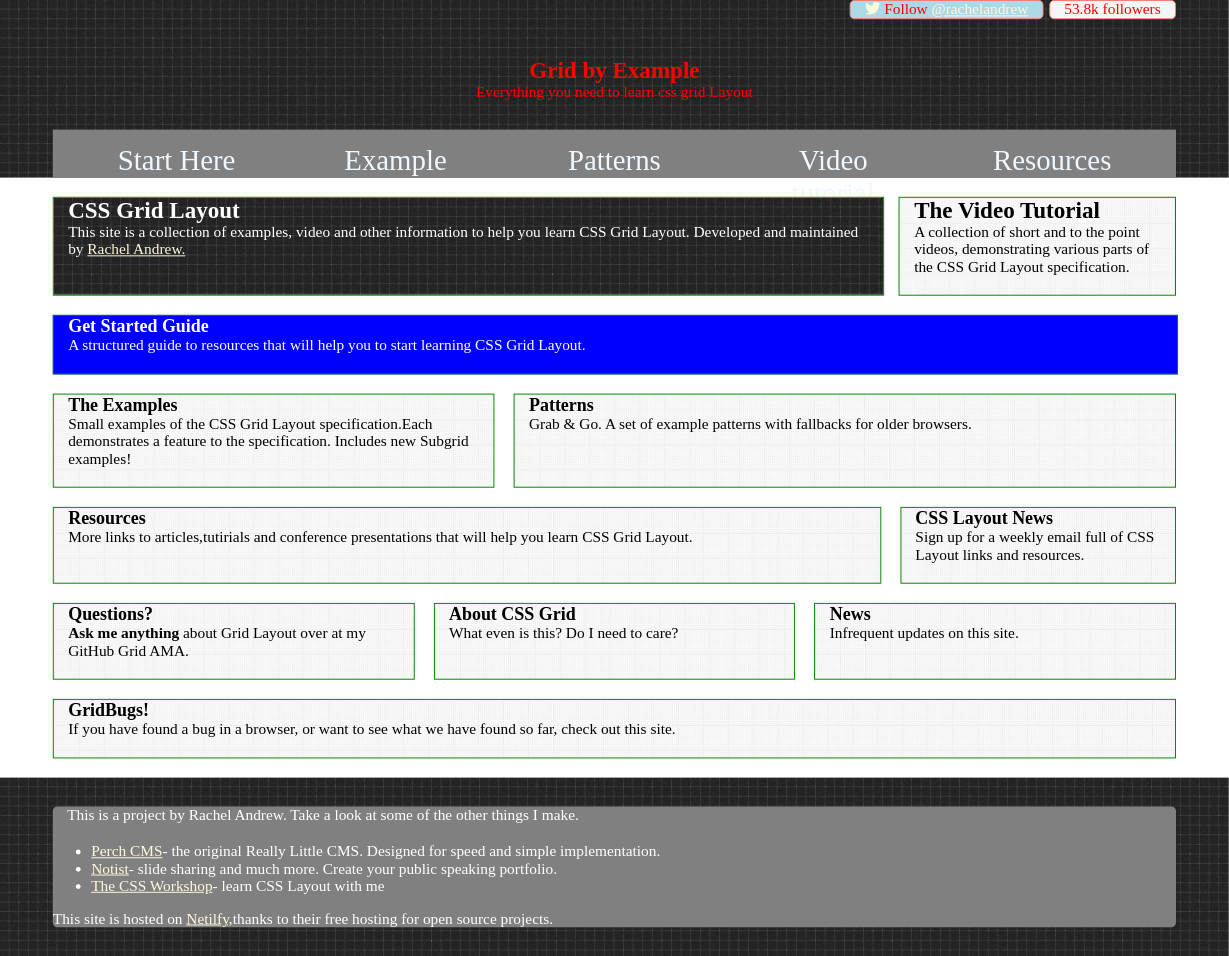
Repository: sitikhusushan/grid
Page: index.html
An editor plug-in stored every save of this project. The page is shown before and after the next save, followed by the edit.
The browser window is 1280 px wide. The pictures show the whole page, at 96% of full size.
Some web libraries are served in a nearby version.

Above is the page before, as saved 2020-05-14 00:04:13.

### index.html
<!DOCTYPE html>
<html lang="en">
  <head>
    <meta charset="UTF-8" />
    <meta name="viewport" content="width=device-width, initial-scale=1.0" />
    <title>Grid View</title>
    <link rel="stylesheet" href="style.css" />
    <script src="https://kit.fontawesome.com/a076d05399.js"></script>
  </head>
  <body>
    <header>
    <div class="header">
      <div class="container">
        <div class="balance">
          <div class="social">
          <span><p><a href="#"> <i class="fab fa-twitter"></i></a>  Follow <a href="#">@rachelandrew</a> </p></span>
          </div>
          <div class="social2">
          <span> <p> 53.8k followers</p>
          </span>
          </div>
          <div class="top">
        <h2>Grid by Example</h2>
        <p>Everything you need to learn css grid Layout</p>
        </div>
        </div>
        <ul>
          <li>Start Here</li>
          <li>Example</li>
          <li>Patterns</li>
          <li>Video tutorial</li>
          <li>Resources</li>
        </ul>
      </div>
    </div>
    </header>
    <div class="layout">
      <div class="container">
        <div class="layouts">
        <div class="left">
          <h2>CSS Grid Layout</h2>
          <p>
            This site is a collection of examples, video and other information
            to help you learn CSS Grid Layout. Developed and maintained by
            <a href="#">Rachel Andrew.</a>
          </p>
        </div>
        <div class="right">
          <h2>The Video Tutorial</h2>
          <p>
            A collection of short and to the point videos, demonstrating various
            parts of the CSS Grid Layout specification.
          </p>
        </div>
      </div>
    </div>
    </div>
    <div class="guide ">
      <div class="container">
        <div class="guides">
        <h3>Get Started Guide</h3>
        <p>
          A structured guide to resources that will help you to start learning
          CSS Grid Layout.
        </p>
      </div>
      </div>
    </div>
    <div class="new">
      <div class="container">
        <div class="news">
        <div class="left">
          <h3>The Examples</h3>
          <p>
            Small examples of the CSS Grid Layout specification.Each
            demonstrates a feature to the specification. Includes new Subgrid
            examples!
          </p>
        </div>
        <div class="right">
          <h3>Patterns</h3>
          <p>
            Grab & Go. A set of example patterns with fallbacks for older
            browsers.
          </p>
        </div>
      </div>
    </div>
    </div>
    <div class="resources">
      <div class="container">
        <div class="rs">
        <div class="left">
          <h3>Resources</h3>
          <p>
            More links to articles,tutirials and conference presentations that
            will help you learn CSS Grid Layout.
          </p>
        </div>
        <div class="right">
          <h3>CSS Layout News</h3>
          <p>
            Sign up for a weekly email full of CSS Layout links and resources.
          </p>
        </div>
      </div>
    </div>
    </div>
    <div class="question">
      <div class="container">
        <div class="qs">
        <div class="left">
          <h3>Questions?</h3>
          <p>
            <b>Ask me anything</b> about Grid Layout over at my GitHub Grid AMA.
          </p>
        </div>
        <div class="middle">
          <h3>About CSS Grid</h3>
          <p>What even is this? Do I need to care?</p>
        </div>
        <div class="right">
          <h3>News</h3>
          <p>Infrequent updates on this site.</p>
        </div>
      </div>
      </div>
    </div>
    <div class="bugs">
      <div class="container">
        <div class="bug">
        <h3>GridBugs!</h3>
        <p>
          If you have found a bug in a browser, or want to see what we have
          found so far, check out this site.
        </p>
      </div>
    </div>
    </div>
  <footer>
    <div class="foo">
      <div class="container">
        <div class="fooo">
      <p>This is a project by Rachel Andrew. Take a look at some of the other things I make.
        <ul>
          <li><a href="#">Perch CMS</a>- the original Really Little CMS. Designed for speed and simple implementation.</li>
          <li><a href="#">Notist</a>- slide sharing and much more. Create your public speaking portfolio.</li>
          <li><a href="#">The CSS Workshop</a>- learn CSS Layout with me</li>
        </ul>
        This site is hosted on <a href="#">Netilfy,</a>thanks to their free hosting for open source projects.
      </p>
      </div>
      </div>
    </div>
  </footer>
  </body>
</html>

### style.css
body {
  padding: 0px;
  margin: 0px;
}

.container {
  width: 1170px;
  margin-left: auto;
  margin-right: auto;
  max-width: 100%;
  padding-left: 15px;
  padding-right: 15px;
}

.social {
  padding-left: 830px;
}

img {
  width: 15px;
  height: 15px;
  margin: 0px;
  padding: 0px;
}

.social p,
.social2 p {
  border-radius: 5px;
  border: salmon 1px solid;
  background-color: whitesmoke;
}

/* * {
  -webkit-box-sizing: border-box;
  -moz-box-sizing: border-box;
  box-sizing: border-box;
} */

.header {
  background-image: url("image/inflicted.png");
  color: aliceblue;
}

.balance {
  text-align: center;
  color: red;
}

/* .top {
  position: initial;
  top: 50%;
  left: 50%;
  transform: translate(-50%, -50%);
} */
.balance h2 {
  padding-top: 60px;
}
/* .header ul {} */

/*
.header .container {
  margin: 0px;
  padding: 0px;
} */

.header ul {
  list-style: none;
  display: grid;
  grid-template-columns: repeat(5, 1fr);
  grid-gap: 50px;
  font-size: 30px;
  grid-auto-rows: 50px;
  margin-bottom: auto;
  text-align: center;
  background-color: grey;
  padding-right: 40px;
}
.header li {
  padding: 15px;
}

a {
  color: cornsilk;
}

.social span p {
  background-color: lightblue;
}

.social {
  float: left;
  /* position: absolute;
  top: 50%;
  bottom: 50%; */
}

.social2 {
  float: right;
}

.header li:hover {
  background-color: black;
}

.layout .left {
  background-image: url("image/inflicted.png");
  color: #ffffff;
}

.right {
  background-image: url("image/tiny_grid.png");
}

.guides {
  width: 100%;
  background-color: blue;
  color: #ffffff;
  border: solid 1px green;
}

.left {
  background-image: url("image/tiny_grid.png");
}

.middle {
  background-image: url("image/tiny_grid.png");
}

.bug {
  background-image: url("image/tiny_grid.png");
  margin-bottom: 20px;
  border: solid 1px green;
}

footer {
  background-image: url("image/inflicted.png");
  color: #ffffff;
  margin: 0px;
  padding: 10px;
  padding-top: 30px;
}

.layouts {
  display: grid;
  grid-template-columns: 3fr 1fr;
  grid-gap: 15px;
  margin-top: 20px;
  margin-bottom: 20px;
}

.layouts > div,
.news > div,
.rs > div,
.qs > div {
  border: solid 1px green;
}

.news {
  display: grid;
  grid-template-columns: 2fr 3fr;
  grid-gap: 20px;
  margin-top: 20px;
  margin-bottom: 20px;
}

.rs {
  display: grid;
  grid-template-columns: 3fr 1fr;
  grid-gap: 20px;
}

.qs {
  display: grid;
  grid-template-columns: 1fr 1fr 1fr;
  grid-gap: 20px;
  margin-top: 20px;
  margin-bottom: 20px;
}

h3,
p,
h2 {
  margin: 0px;
  padding-left: 15px;
  padding-right: 15px;
}

p {
  margin-bottom: 20px;
}

.fooo {
  background-color: grey;
  border-radius: 5px;
}

After the next save:
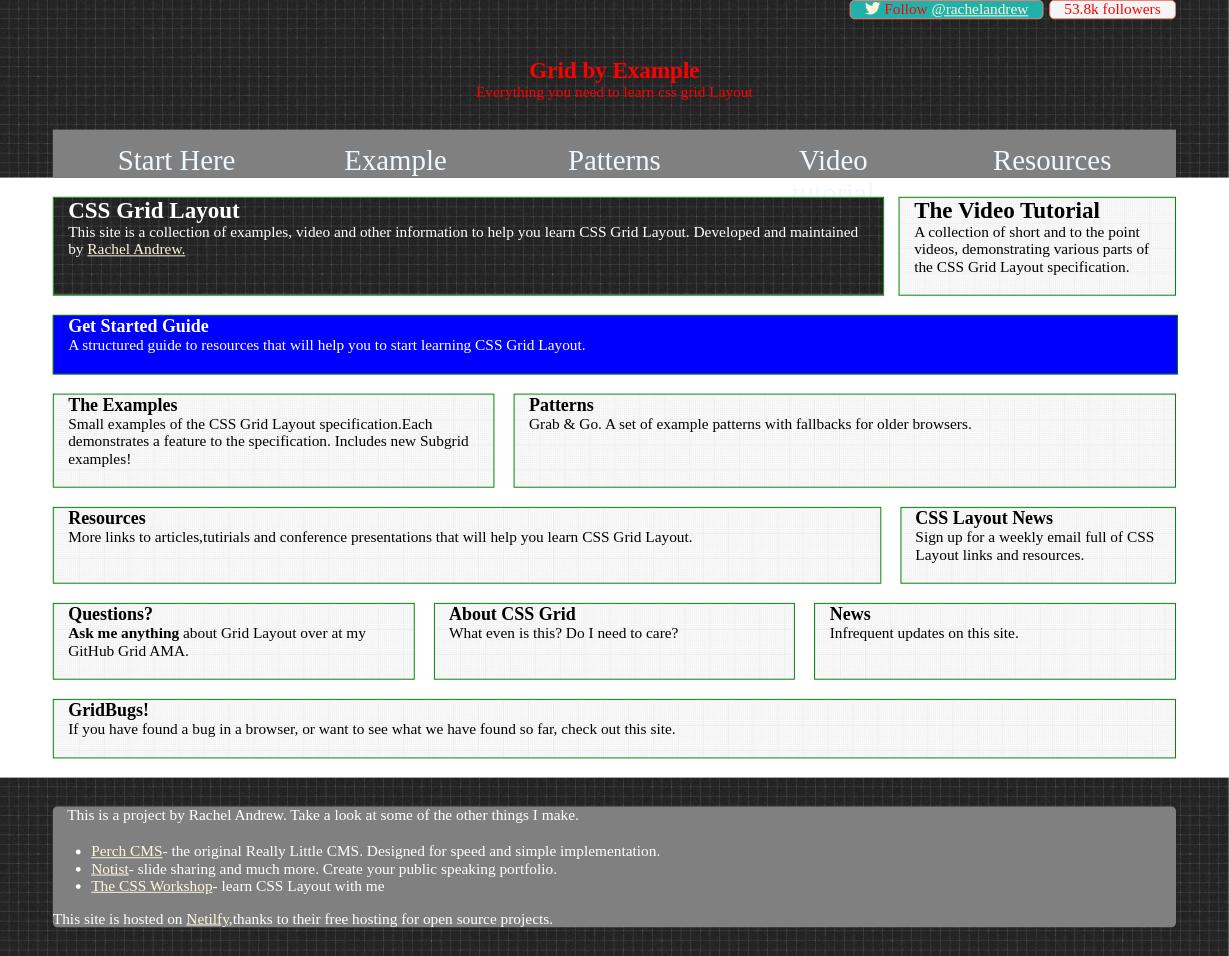
Saved 19 s later.
--- a/style.css
+++ b/style.css
@@ -84,7 +84,7 @@
 }
 
 .social span p {
-  background-color: lightblue;
+  background-color: lightseagreen;
 }
 
 .social {

After the save that followed:
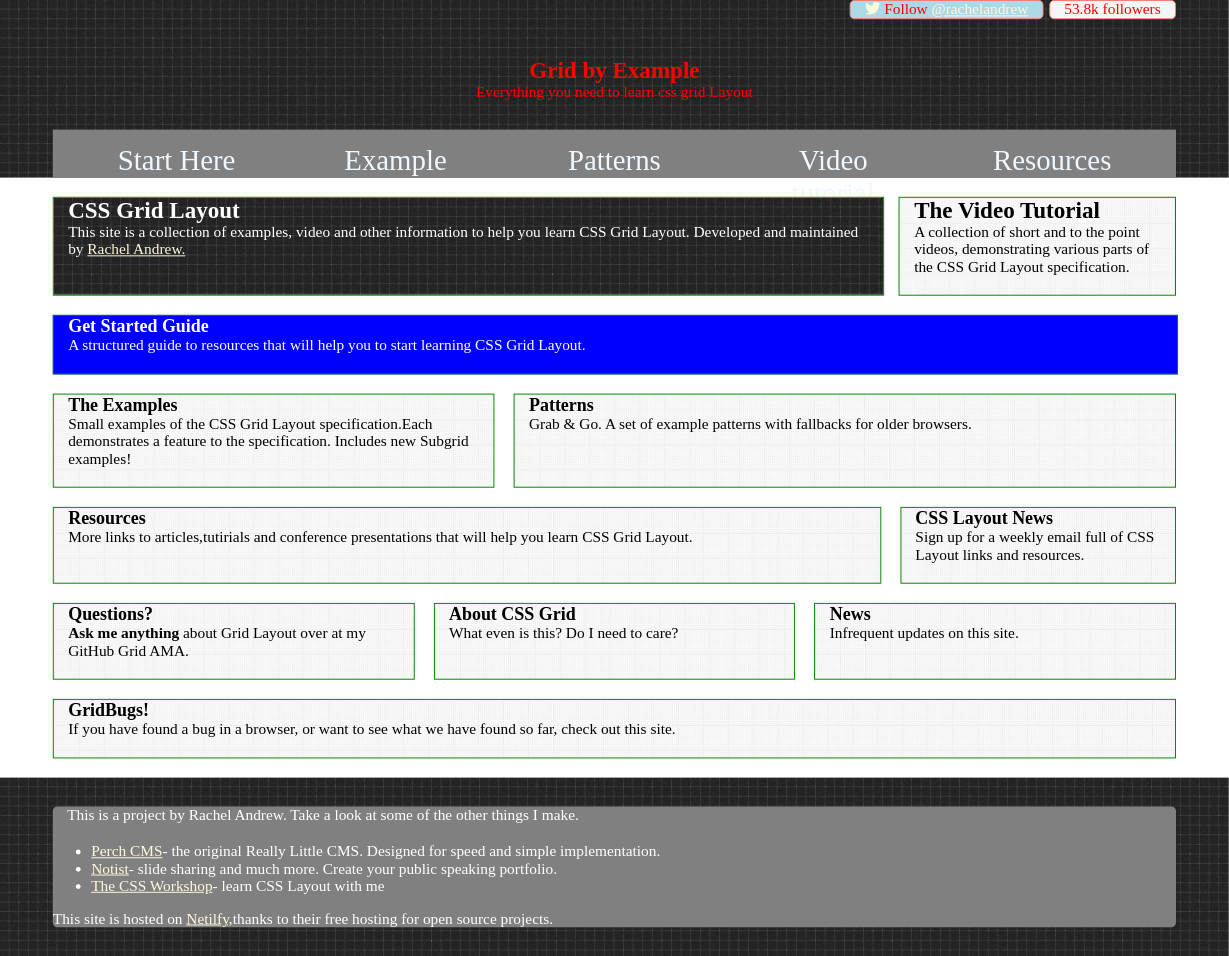
Saved 47 s later.
--- a/style.css
+++ b/style.css
@@ -84,7 +84,7 @@
 }
 
 .social span p {
-  background-color: lightseagreen;
+  background-color: lightblue;
 }
 
 .social {
